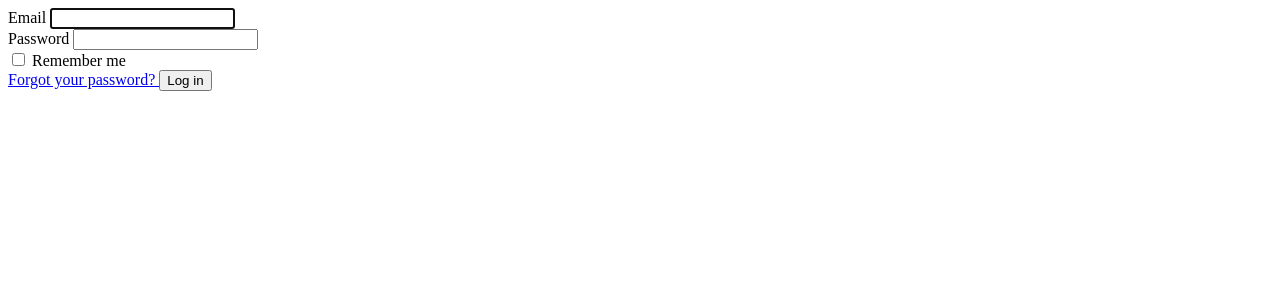
Repository: lookmanola/gestion_scolaire
Page: http://localhost/login
The author's editor kept a copy of each file at every save. The page is drawn from the files as they stood at one save, then again after a run of saves.
The browser window is 1280 px wide. The pictures show the whole page.
The page is served by the project's Laravel application, run on PHP 8.4 with Laravel 8.

Above is the page before, as saved 2021-10-15 10:17:33.

After the next 5 saves:
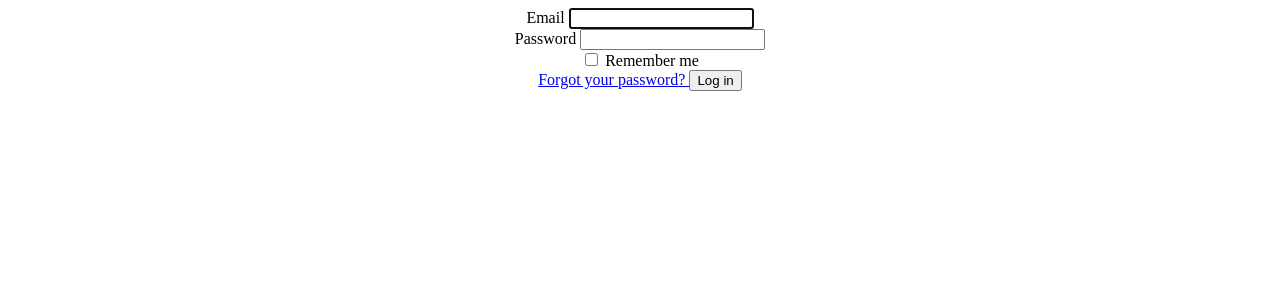
The 5 saves are shown as one change because they came seconds apart.
The last was saved 11 s later.
--- a/example-app/resources/views/auth/login.blade.php
+++ b/example-app/resources/views/auth/login.blade.php
@@ -12,7 +12,7 @@
 
         <form method="POST" action="{{ route('login') }}">
             @csrf
-            <div style="display: flex; justify-content:center; flex-direction:column; align">
+            <div style="display: flex; justify-content:center; flex-direction:column; align-items:center">
 
                 <!-- Email Address -->
                 <div>
